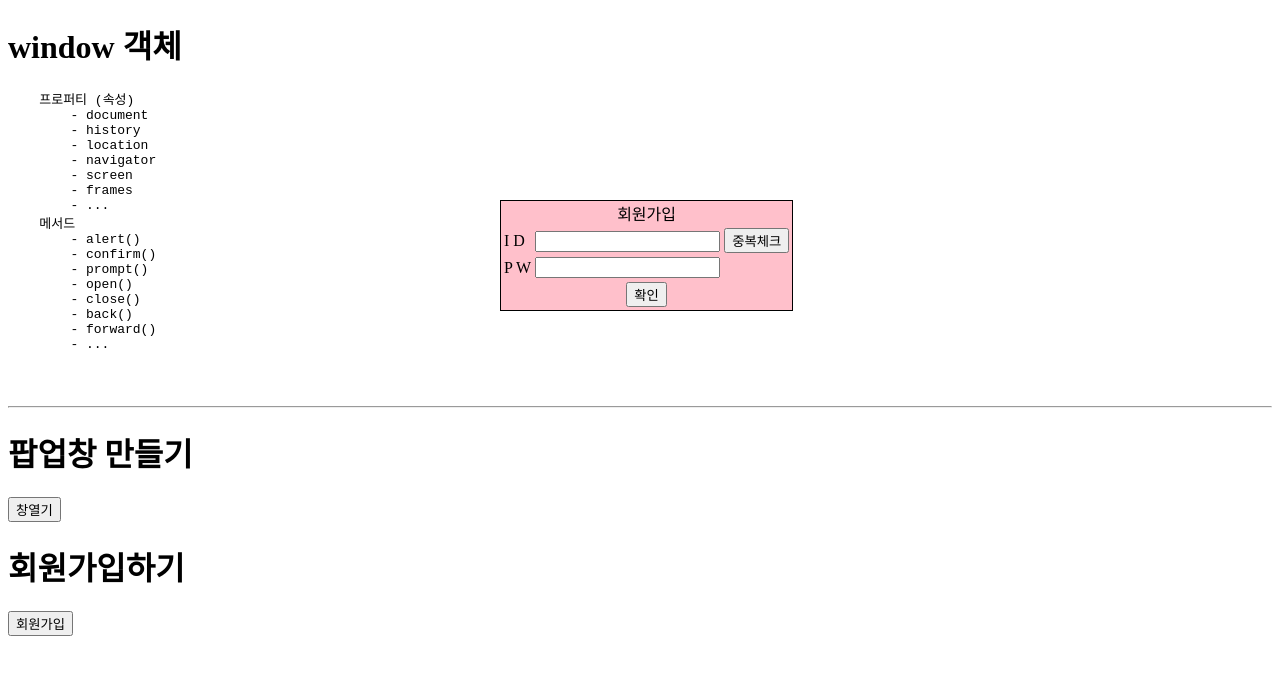
Repository: junewjdtn/TIL
Page: HTML+CSS/html_vscode_UI/4_JS_ec/JS/WebContent/js20_window01.html
The author's editor kept a copy of each file at every save. The page is drawn from the files as they stood at one save, then again after the next save.
The browser window is 1280 px wide. The pictures show the whole page.

Above is the page before, as saved 2022-05-18 04:15:20.

### HTML+CSS/html_vscode_UI/4_JS_ec/JS/WebContent/js20_window01.html
<!DOCTYPE html>
<html lang="ko">
<head>
    <meta charset="UTF-8">
    <meta http-equiv="X-UA-Compatible" content="IE=edge">
    <meta name="viewport" content="width=device-width, initial-scale=1.0">
    <title>window01</title>
    <style>
    	#regist{
    		border: 1px solid black;
    		background:pink;
    		position: absolute;
    		top: 200px;
    		left: 500px;
    	}
    </style>
    <script>
        function openWin(){
            window.open("js20_window02.html", "", "width=500px, height=500px");
        }
    </script>
</head>
<body>
    <h1>window 객체</h1>
    <pre>
    프로퍼티 (속성)
        - document
        - history
        - location
        - navigator
        - screen
        - frames
        - ...
    메서드
        - alert()
        - confirm()
        - prompt()
        - open()
        - close()
        - back()
        - forward()
        - ...
    </pre>
    <br><hr>
    <div>
        <h1>팝업창 만들기</h1>
        <button onclick="openWin();" name="btn">창열기</button>
        <div id="tt"></div>
        <h1>회원가입하기</h1>
        <button onclick="registForm();" name="btn">회원가입</button>
    </div>

       	<!-- 회원가입폼 시작 -->
    <div id="regist">
    	<form>
    		<table>
    			<caption>회원가입</caption>
    			<tr>
    				<td>I  D</td>
    				<td>
    					<input type="text" name="id">
    					<input type="button" value="중복체크">
    				</td>
    			</tr>
    			<tr>
    				<td>P  W</td>
    				<td>
    					<input type="password" name="pw" style="color:red;">
    				</td>
    			</tr>
    			<tr>
    				<td colspan="2" align="center">
    					<input type="button" value="확인" onclick="">
    				</td>
    			</tr>
    		</table>
    	</form>
    </div>
</body>
</html>

After the next save:
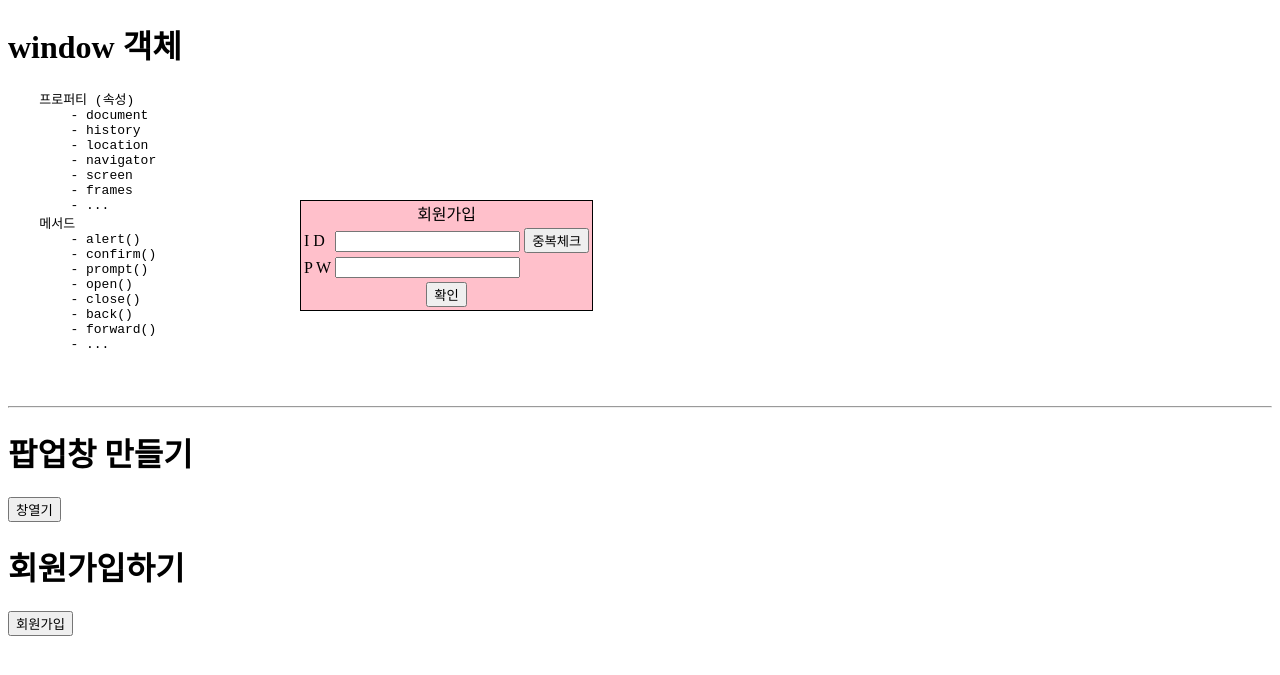
Saved 32 s later.
--- a/HTML+CSS/html_vscode_UI/4_JS_ec/JS/WebContent/js20_window01.html
+++ b/HTML+CSS/html_vscode_UI/4_JS_ec/JS/WebContent/js20_window01.html
@@ -11,7 +11,7 @@
     		background:pink;
     		position: absolute;
     		top: 200px;
-    		left: 500px;
+    		left: 300px;
     	}
     </style>
     <script>

After the save that followed:
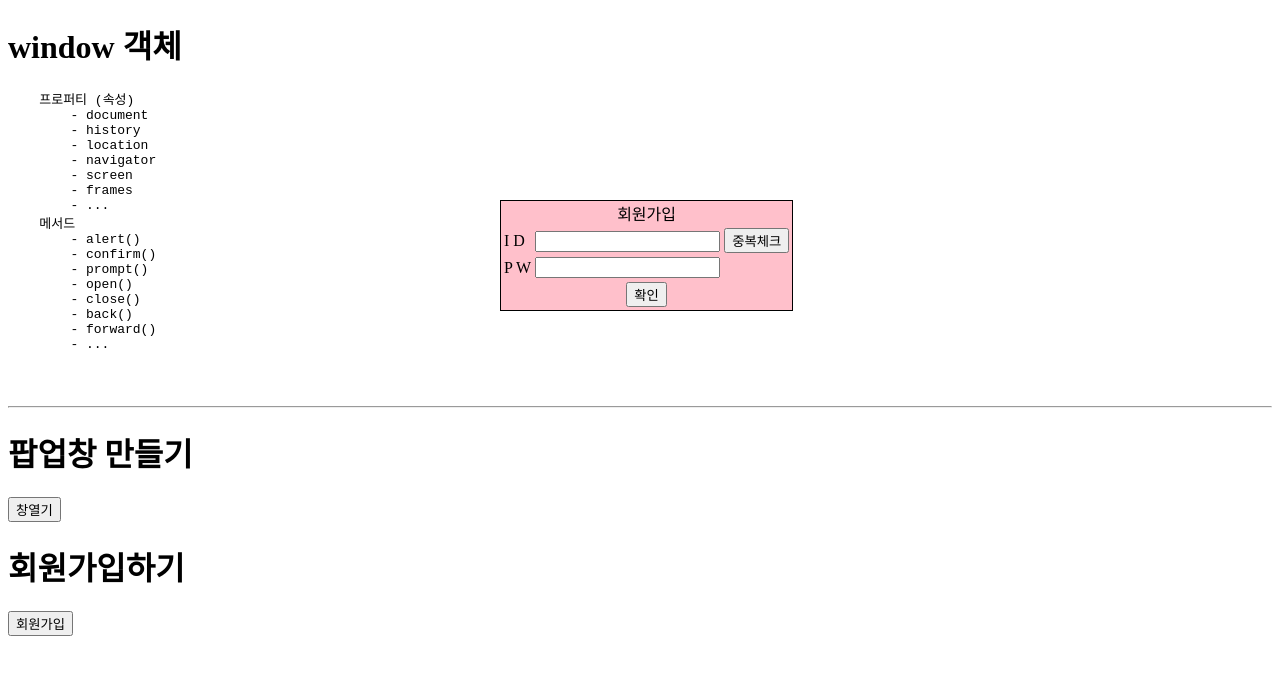
Saved 6 s later.
--- a/HTML+CSS/html_vscode_UI/4_JS_ec/JS/WebContent/js20_window01.html
+++ b/HTML+CSS/html_vscode_UI/4_JS_ec/JS/WebContent/js20_window01.html
@@ -11,7 +11,7 @@
     		background:pink;
     		position: absolute;
     		top: 200px;
-    		left: 300px;
+    		left: 500px;
     	}
     </style>
     <script>
